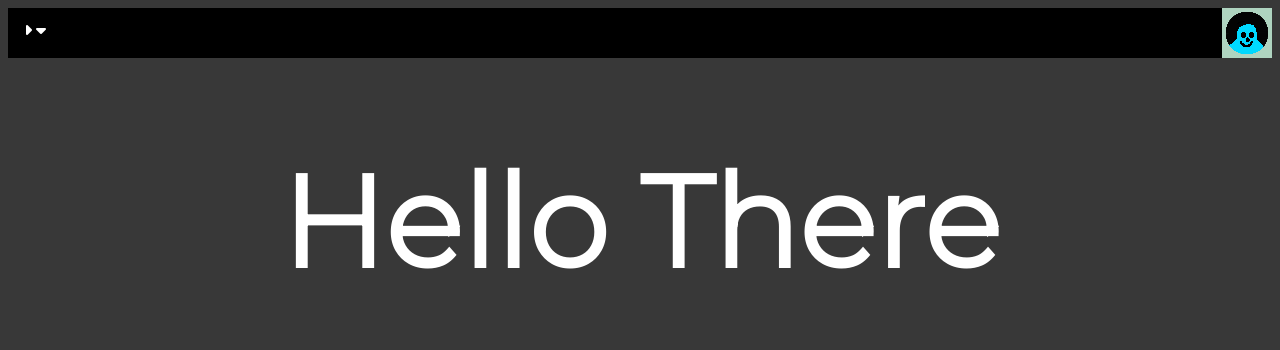
Repository: thecptwaffles/NeonWhiteAssetWebsite
Page: index.html
An editor plug-in stored every save of this project. The page is shown before and after the next save, followed by the edit.
The browser window is 1280 px wide. The pictures show the whole page.
Some web libraries are served in a nearby version.

Above is the page before, as saved 2022-07-01 17:24:52.

### index.html
<!DOCTYPE html>
<html lang="en">

<head>
    <meta charset="UTF-8">
    <meta http-equiv="X-UA-Compatible" content="IE=edge">
    <meta name="viewport" content="width=device-width, initial-scale=1.0">
    <title>Game Assets Website</title>
    <link rel="stylesheet" href="style.css">
    <link rel="stylesheet" href="https://cdnjs.cloudflare.com/ajax/libs/font-awesome/6.1.1/css/all.min.css"
        integrity="sha512-KfkfwYDsLkIlwQp6LFnl8zNdLGxu9YAA1QvwINks4PhcElQSvqcyVLLD9aMhXd13uQjoXtEKNosOWaZqXgel0g=="
        crossorigin="anonymous" referrerpolicy="no-referrer" />
</head>

<body>
    <nav>
        <div class="dropdown">
            <button class="dropbtn">
                <i id="iconRight" class="fa fa-caret-right"></i>
                <i id="iconDown" class="fa fa-caret-down"></i>
            </button>
            <div class="dropdown-content">
                <a href="#">Link 1</a>
                <a href="#">Link 2</a>
                <a href="#">Link 3</a>
            </div>
        </div>
        <div class="profileIcon">
            <img src="./content/profile.png" alt="Profile Icon">
        </div>
    </nav>
    <h1 id="welcomeMessage"></h1>
    <div id="Featured"></div>
    <script src="./app.js"></script>
</body>

</html>

### style.css
@import url('https://fonts.googleapis.com/css2?family=Montserrat:wght@300&family=Raleway:wght@300&display=swap');

:root {
    margin: 0px;
    padding: 0px;
    background-color: #383838;
    color: white;
    --prim-font: 'Montserrat', sans-serif;
    --sec-font: 'Raleway', sans-serif;
    --first-clr: ;
    --second-clr: ;
    --accent-clr: ;
}

.profileIcon {
    display: flex;
    align-items: right;
    justify-content: right;
}

nav {
    background-color: black;
    margin: 0;
    padding: 0;
}

#welcomeMessage {
    text-align: center;
    font-size: 10vw;
    font-family: var(--prim-font);
}

/* Navbar container */
.navbar {
    overflow: hidden;
    background-color: #333;
    font-family: Arial;
}

/* Links inside the navbar */
.navbar a {
    float: left;
    font-size: 16px;
    color: white;
    text-align: center;
    padding: 14px 16px;
    text-decoration: none;
}

/* The dropdown container */
.dropdown {
    float: left;
    overflow: hidden;
}

/* Dropdown button */
.dropdown .dropbtn {
    font-size: 16px;
    border: none;
    outline: none;
    color: white;
    padding: 14px 16px;
    background-color: inherit;
    font-family: inherit;
    /* Important for vertical align on mobile phones */
    margin: 0;
    /* Important for vertical align on mobile phones */
}

/* Add a red background color to navbar links on hover */
.navbar a:hover,
.dropdown:hover .dropbtn {
    background-color: gray;
}

/* Dropdown content (hidden by default) */
.dropdown-content {
    display: none;
    position: absolute;
    background-color: #393939;
    min-width: 160px;
    box-shadow: 0px 8px 16px 0px rgba(0, 0, 0, 0.2);
    z-index: 1;
}

/* Links inside the dropdown */
.dropdown-content a {
    float: none;
    color: black;
    padding: 12px 16px;
    text-decoration: none;
    display: block;
    text-align: left;
    color: white;
    font-family: var(--sec-font);
}

/* Add a grey background color to dropdown links on hover */
.dropdown-content a:hover {
    background-color: #989898;
}

/* Show the dropdown menu on hover */
.dropdown:hover .dropdown-content {
    display: block;
}

### app.js
let welcomeMessage = document.getElementById('welcomeMessage');
let featuredImages = document.getElementById('Featured')
let greeting = 'Hello There'
welcomeMessage.innerHTML = greeting

After the next save:
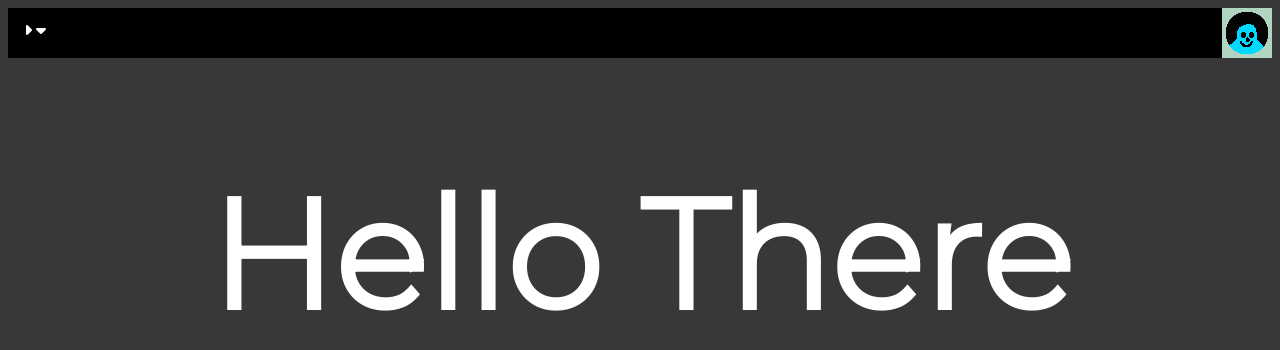
Saved 2 min 17 s later.
--- a/style.css
+++ b/style.css
@@ -26,7 +26,7 @@ nav {
 
 #welcomeMessage {
     text-align: center;
-    font-size: 10vw;
+    font-size: 12vw;
     font-family: var(--prim-font);
 }
 
